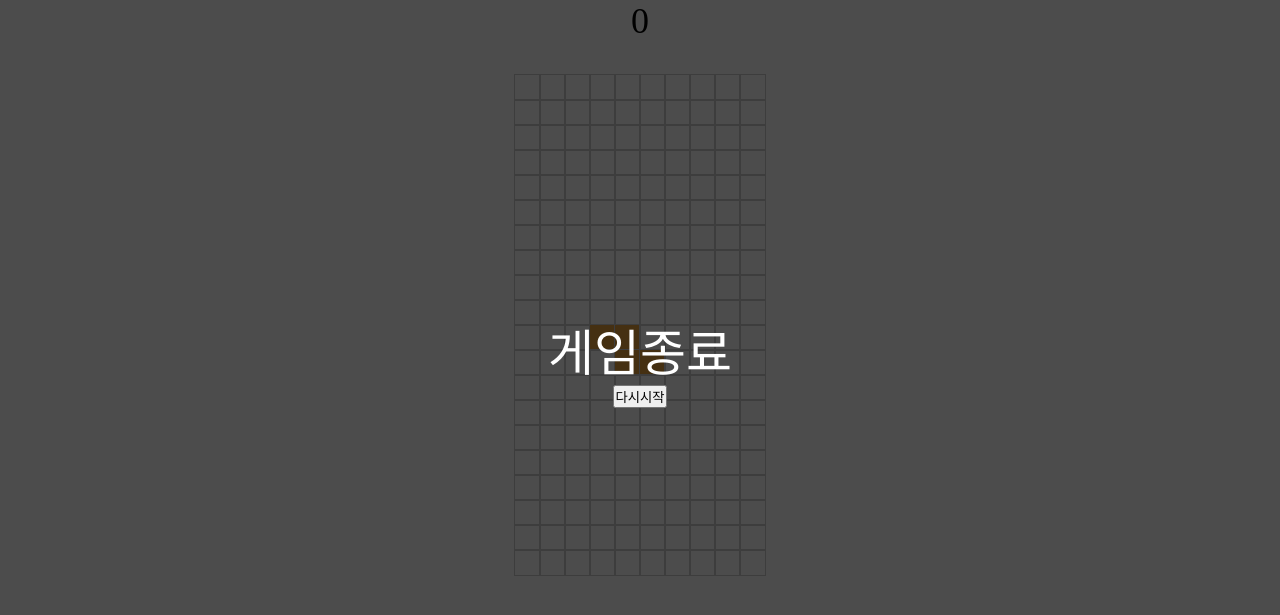
Repository: chlwpdnswku/tetris
Page: index.html
The author's editor kept a copy of each file at every save. The page is drawn from the files as they stood at one save, then again after the next save.
The browser window is 1280 px wide. The pictures show the whole page.

Above is the page before, as saved 2022-12-14 00:19:06.

After the next save:
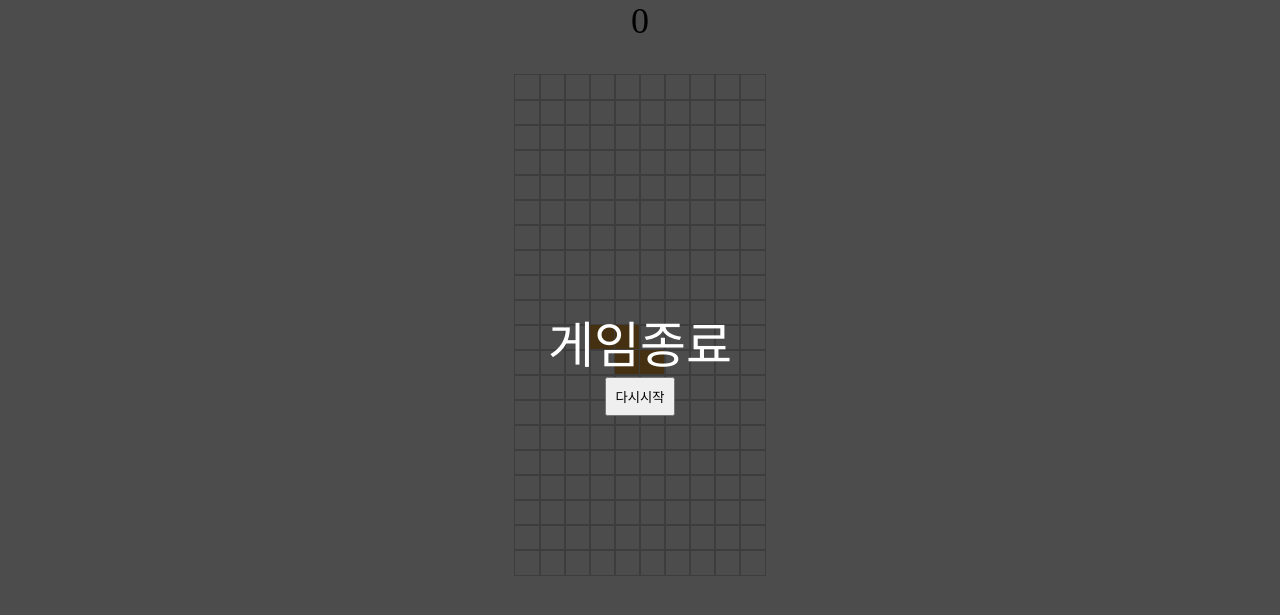
Saved 13 s later.
--- a/style.css
+++ b/style.css
@@ -24,6 +24,7 @@ body {
   font-size: 50px;
 }
 .game-text > button {
+  padding: 0.5rem;
 }
 
 .score {
